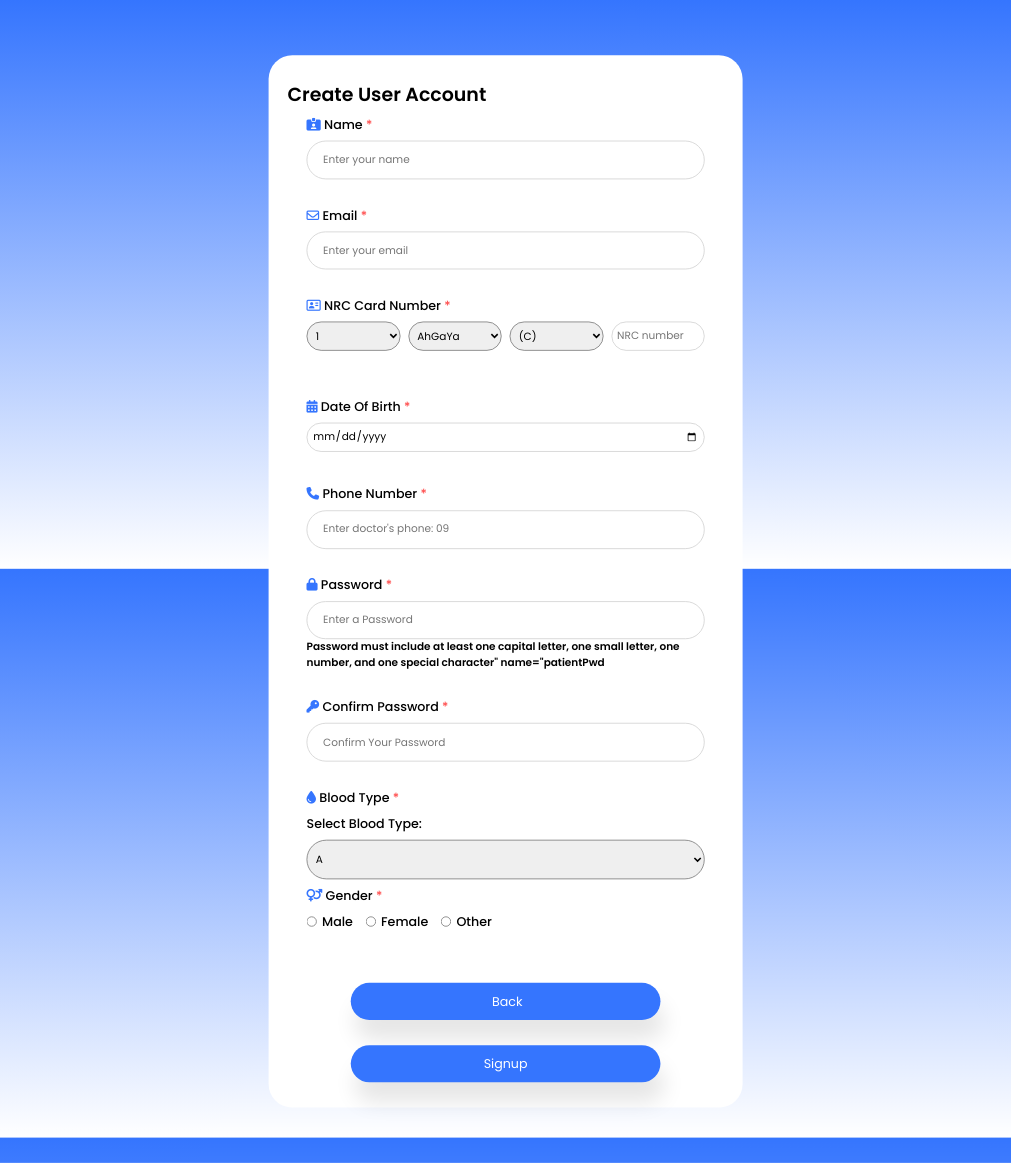
Repository: theonlymono/FitfinityHealthcareWebsiteJ2EE
Page: http://localhost/Fitfinity/register.jsp
These files come from the project's save history. The page is drawn as it stood at one moment and after the next save; the edit follows.
The browser window is 1280 px wide. The pictures show the whole page, at 79% of full size.
Backgrounds fixed to the window are drawn as part of the page. The page is served by Tomcat 9.

Above is the page before, as saved 2024-02-26 07:18:13.

After the next save:
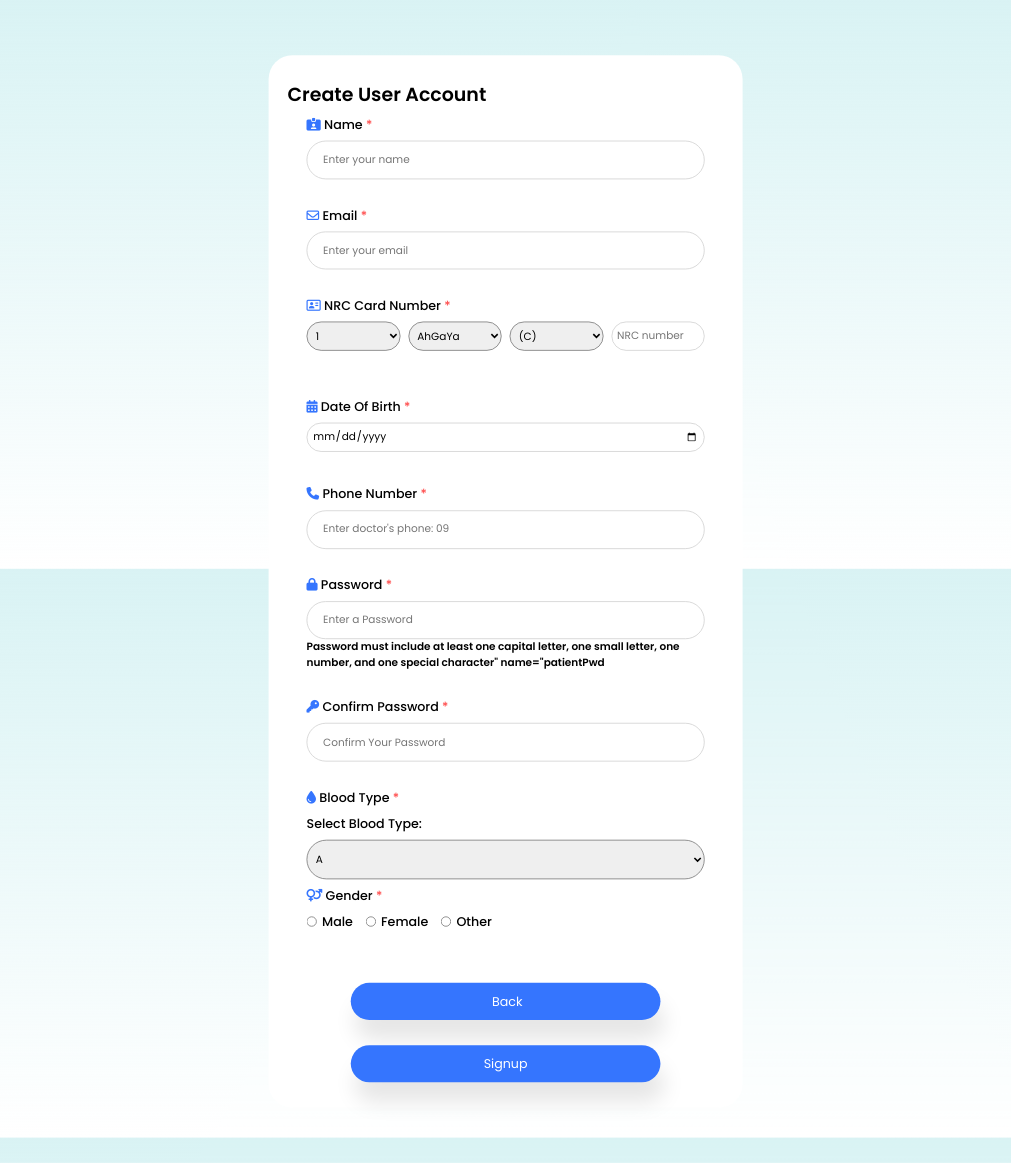
Saved 19 s later.
--- a/fitfinity/Fitfinity/WebContent/register.jsp
+++ b/fitfinity/Fitfinity/WebContent/register.jsp
@@ -20,7 +20,7 @@
 
 body {
 	background: rgb(53,117,254);
-	background: linear-gradient(180deg, rgba(0, 173, 181, 0.15) 0%, rgba(53,117,254,1) 0%, white 100%);    background-size: cover;
+	background: linear-gradient(180deg, rgba(0, 173, 181, 0.15) 0%, rgba(0, 173, 181, 0.15) 0%, white 100%);    background-size: cover;
     background-position: center;
     background-attachment: fixed;
     background-repeat: no-repeat;
